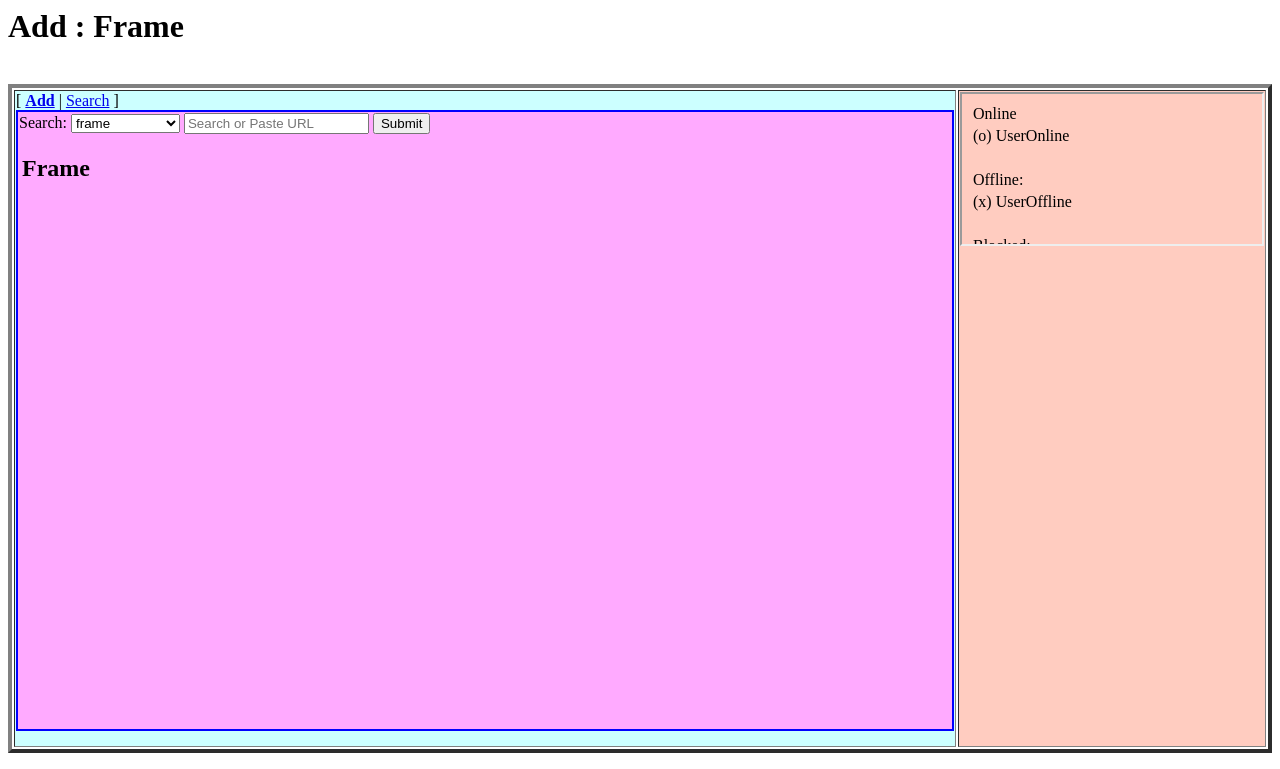
Repository: nevinleiby/SwapRC
Page: http://localhost/add_interface.php
These files come from the project's save history. The page is drawn as it stood at one moment and after the next save; the edit follows.
The browser window is 1280 px wide. The pictures show the whole page.
The page is run by PHP 8.4 with error messages shown; the project is at /var/www/html/. Queries for data that is not in the repository find no rows.

Above is the page before, as saved 2019-09-09 14:23:11.
Console error (its wording comes from the project's code and is left out).

### add_interface.php
<?php
    require_once 'login_cobalt.php';
    $connection = new mysqli($hn, $un, $pw, $db);
    if ($connection->connect_error) die ("Fatal Error");

    // Define categories as an array
    //$categories =    array (
    //        'frame',
    //        'fc',
    //        'bnf',
    //        'esc',
    //        'motor',
    //        'propeller',
    //    'fpv_camera',
    //    'transmitter',
    //    'antenna',
    //    'vtx',
    //    'receiver',
    //    'battery',
    //    'pdb',
    //    'hardware',
    //    '3d_print',
    //    'goggle',
    //    'video_monitor',
    //    'video_receiver',
    //    'swag'
    //);


    // Define categories as a named array/hash:
    $categories =    [
        'frame' => 'frame',
        'fc' => 'fc',
        'bnf' => 'bnf',
        'esc' => 'esc',
        'motor' => 'motor',
        'propeller' => 'propeller',
        'fpv_camera' => 'fpv_camera',
        'transmitter' => 'transmitter',
        'antenna' => 'antenna',
        'vtx' => 'vtx',
        'receiver' => 'receiver',
        'battery' => 'battery',
        'pdb' => 'pdb',
        'hardware' => 'hardware',
        '3d_print' => '3d_print',
        'goggle' => 'goggle',
        'video_monitor' => 'video_monitor',
        'video_receiver' => 'video_receiver',
        'swag' => 'swag'   ,
    ];


    //echo '==================' . isset($_POST['category']) . '=================<br>';
    if (isset($_POST['category']))
    {
        $q_category = $_POST['category'];
        $q_category = strip_tags($q_category);

        $table_name = '';
        // Compare available categories and make sure that user selected an actual category:
        foreach ($categories as $item)
        {
            if ($item == $q_category)
            {
                $table_name = $item;
                //echo "Requested ($q_category) vs actual ($item)<br>";
                break;
            }
        }

        // Default if there is not a valid table used:
        if ($table_name == '')
        {
            $table_name = 'frame';
        }
    }
    else
    {
        $table_name = 'frame';
    }
    $category = ucfirst ($table_name);

    //echo '--------------9' . $table_name . '9---------------<br>';

    // Final check to make sure that table is defined:
    if (! $table_name)
    {
        $table_name = 'frame';
    }

    $query = "SELECT * FROM $table_name";
    $result = $connection->query($query);

    if (! $result) die ("Fatal Error");
    $number_of_rows = $result->num_rows;
    //echo "((($row)))<br>";


    //echo "<br><br>STARTING DATA EXTRACTION [<br>";


    // Step through each result:
    //for ($j = 0; $j < $rows ; ++$j)
    //{
    //   $result->data_seek($j);
    //    //echo .htmlspecialchars ($result->fetch_assoc()['test']) . '<br>';
    //    echo "((" . htmlspecialchars($result->fetch_assoc()['frequency']) . '))<br>';
    //    $result->data_seek($j);
    //    echo "((" . htmlspecialchars($result->fetch_assoc()['number_of_channels']) . '))<br>';
    //}


    //// Step through each result:
    for ($j = 0; $j < $number_of_rows ; ++$j)
    {
        $row = $result->fetch_array(MYSQLI_NUM);

        //echo "((" . htmlspecialchars($row['frequency']) . '))<br>';
        //echo print_f($row);
        for ($item = 0; $item < 10; ++$item)
        {
            echo "Item $item: " . htmlspecialchars($row[$item]) . "<br>\n";
        }

    }
    //echo "]ENDED EXTRACTION<br>";



    /////////////////////////////////////////////////////////////////////////////////////////////////////////////
    /////////////////////////////////////////////////////////////////////////////////////////////////////////////
    /////////////////////////////////////////////////////////////////////////////////////////////////////////////

    //////////////////////////////
    // TRY TO GET TABLE COLUMNS
    //    https://www.codexworld.com/how-to/get-column-names-from-table-in-mysql-php/
    //
    // Ultimately worked by following:
    //    https://stackoverflow.com/questions/4165195/mysql-query-to-get-column-names/4165253
    /////////////////////////////


    // Query to get columns from table
    //$result = $connection->query("SELECT COLUMN_NAME FROM INFORMATION_SCHEMA.COLUMNS WHERE TABLE_SCHEMA = '$db' AND TABLE_NAME = '$table_name'");

    // single column name:
    //$next_row = $result->fetch_assoc();
    //echo $next_row;

    //$next_row = $result->fetch_assoc();
    //echo "<br>ROW: |$next_row|<br>";
    //foreach ($next_row as $column_name)

    //only grabs the first column name:
    //foreach ($next_row = $result->fetch_assoc() as $column_name)
    //{
    //    //$result[] = $next_row;
    //    echo "<br>ROW: |$next_row|[$column_name]<br>";
    //    foreach ($next_row as $column_name_item)
    //    {
    //        echo "-----|$column_name_item|----<br>";
    //    }
    //}

    // Only selects the first column name:
    //foreach ($next_row = $result->fetch_assoc() as $column_name)
    //{
    //    $columns[] = $next_row;
    //    echo "<br>=|$next_row|=<br>";
    //    echo "<br>=|" . $columns[0] . "|=<br>";
    //    print_r ($columns);

    //    // Still grabs only first column name:
    //    //foreach ($columns as $column_name)
    //    //{
    //    //    echo "-=|$column_name|=-<br>";
    //    //}

    //   for ($column_number = 0; $column_number <= 2; $column_number++)
    //    {
    //        echo "====*" . $columns[$column_number] . "*======<br>";
    //    }
    //}


    ///////////// WORKS!!!!!!!!!!!!!!!!!!!!!!!!!!!!
    /// https://stackoverflow.com/questions/4165195/mysql-query-to-get-column-names/4165253
    //$sql = "SHOW COLUMNS FROM $table_name";
    //$result = mysqli_query($connection,$sql);
    //while($row = mysqli_fetch_array($result)){
    //    echo $row['Field']."<br>";
    //}


    // Grab each column name:
    //     (likely could be optomized by INFORMATION_SCHEMA.COLUMNS WHERE TABLE_SCHEMA methology)
    //
    // WORKS!!!!!
    /// https://stackoverflow.com/questions/4165195/mysql-query-to-get-column-names/4165253

    $query = "SHOW COLUMNS FROM $table_name";
    $result = $connection->query($query);

    $search_input_text = '';
    while($row = mysqli_fetch_array($result))
    {
        //echo $row['Field']."<br>";
        //echo '<input onClick="this.select();" type=text name="' . $row['Field'] . '" placeholder="' . $row['Field'] . '"><br>';

        // Pretty form of INPUT box
        $search_input_text .= "\n" . '<input onClick="this.select();" type=text name="' . $row['Field'] . '" placeholder="' . $row['Field'] . '"><br>';

        // INPUT box but with default values:
        //$search_input_text .= "\n" . '<input onClick="this.select();" type=text name="' . $row['Field'] . '" value="' . $row['Field'] . '1"><br>';
    }


    // Read all of the column names:
    //foreach ($next_row = $result->fetch_assoc())
    //{
    //    echo $next_row;
    //}


    //while ($next_row = $result->fetch_assoc())
    //{
    //    $result[] = $next_row;
    //    echo $next_row;
    //}

    // Array of all column names
    //$columnArr = array_column($result, 'COLUMN_NAME');

    /////////////////////////////////////////////////////////////////////////////////////////////////////////////
    /////////////////////////////////////////////////////////////////////////////////////////////////////////////
    /////////////////////////////////////////////////////////////////////////////////////////////////////////////


    // Now generate the available options:
    $select_options_text = select_item(strtolower($category), $categories);



    // Associative array to add to the table:
    $row_add;

    // Process the input:
    while (1)
    {
        // Doesn't permit name=value pairs...you need a KEY=VALUE
        //foreach ($_POST as $item)

        // Get the name=value pairs:
        // https://stackoverflow.com/questions/5479999/foreach-value-from-post-from-form

        foreach ($_POST as $key => $value)
        {
            echo 'name=('. $key . ')|  value=|' . $_POST[$key] . '|| [' . $value . ']<br>';

            $row_add[$key] = $value;
        }
        break;
    }



    $result->close();
    $connection->close();

    ///////////////////////////////////
    // Function definitions
    ///////////////////////////////////

    /////////////////////////
    // GET_POST
    /////////////////////////
    function get_post ($connection, $var)
    {
        return $connection->real_escape_string($_POST[$var]);
    }

    /////////////////////////
    // SELECT_ITEM
    /////////////////////////
    // Create the <INPUT> tags and select the choosen category:
    function select_item ($category, &$categories)
    {

            //echo "category=($category), categories=(" . $categories['vtx'] . ')<br>';
            //echo "entering with default of ($category)";

            // Define the return text string:
            $return_text = '';

            // Step through each category:
            foreach ($categories as $curr_category)
            {

                // Select the current category:
                $curr_category = $categories[$curr_category];
                //echo '<br>[[[[[[<b>' . $curr_category . '</b>| vs |' . $category . ']]]]]]]]]]';

                // Basic <OPTION> statement, to be appended to the selected item if necessary:
                $return_text .= '<option value = "' . $curr_category . '"';

                // compare the desired category ($category) with the current category:
                if ($curr_category == $category)
                {
                    // This the is desired category....select it now:
                    $return_text .= ' SELECTED ';
                    //echo '<br>SELECTED ' . $curr_category . "<br>";
                }

                $return_text .= '>' . $curr_category . '</option>' ."\n";
            }

            // Return <OPTION> array, including the one that is SELECTED:
            return $return_text;
    }


/////////////////////////////////////////////////////////////////////////////////////////////////////////////////////////////////////////////


echo <<<_END
<html>
    <title>
        SwapRC:Add
    </title>
    <body>
            <h1>Add : $category</h1>
            <form action="./add_interface.php" method="post">

            <br>
            <table border=4 width=100% height=95%>
                <tr border=4 height=95%>
                    <td width = 80% border=2 bgcolor="#ccffff" valign=top height=95%>
                        [
                        <b><a href="./add_interface.php">Add</a></b> |
                        <a href="./search_interface.php">Search</a>
                        ]


                        <br>
                        <table width=100% height=95% bgcolor=blue>
                            <tr height=95% style="height:95%">
                                <td valign=top bgcolor="#ffaaff" style="height:95%">
                                    Search:
                                    <select name="category">
                                        $select_options_text
                                    </select>
                                    <input onClick="this.select(); type=text name="Name" placeholder="Search or Paste URL">
                                    <input type=submit name="submit">

                                    <br><br>
                                    <table>
                                        <tr>
                                            <td valign=top>
                                                <h2>$category</h2>
                                            </td>
                                            <td valign=top>
                                                $search_input_text
                                            </td>
                                        </tr>
                                    </table>

                                </td>




                            </tr>
                        </table>
                        </form>

                    </td>
                    <td border=2 bgcolor="ffccccc" valign=top height=95%>
                        <frameset>
                            <iframe src="./frame_users.html">
                        </frameset>
                    </td>
                </tr>
            </table>
    </body>

</html>
_END;
?>

### login_cobalt.php
<?php
    // login_cobalt.php
    $hn = 'localhost';
    $db = 'swaprc';
    $un = 'nevin';
    $pw = 'kdie4all';
?>

### frame_users.html
<html>
    <title>
        SwapRC : Users
    </title>
    <body>
        <table>
            <tr><td>Online</td></tr>
            <tr><td>(o) UserOnline</td></tr>

            <tr><td>&nbsp;</td></tr>
            <tr><td>Offline:</td></tr>
            <tr><td>(x) UserOffline</td></tr>

            <tr><td>&nbsp;</td></tr>
            <tr><td>Blocked:</td></tr>
            <tr><td>(b) UserBlocked</td></tr>

        </table>
    </body>
</html>

After the next save:
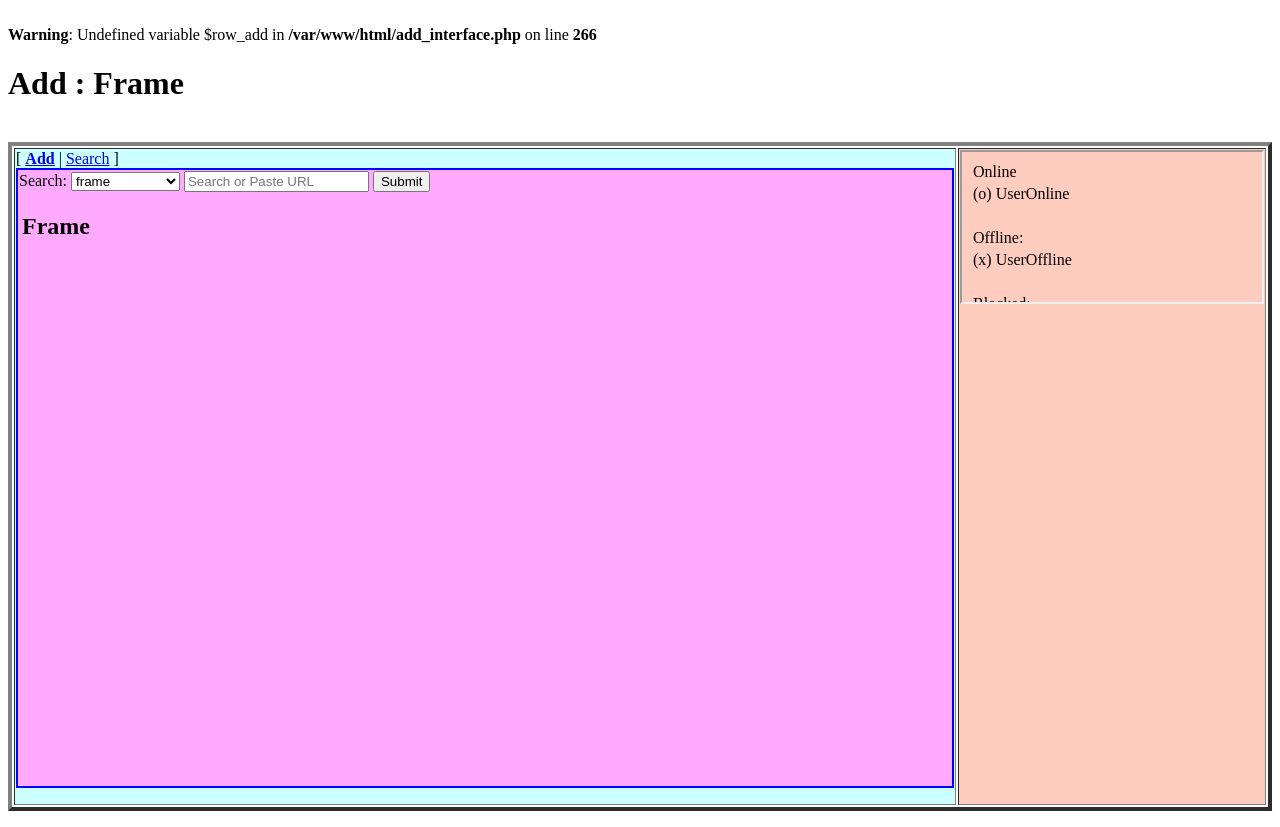
Saved 27 s later.
--- a/add_interface.php
+++ b/add_interface.php
@@ -263,6 +263,8 @@
         break;
     }
 
+    print_r($row_add);
+
 
 
     $result->close();
